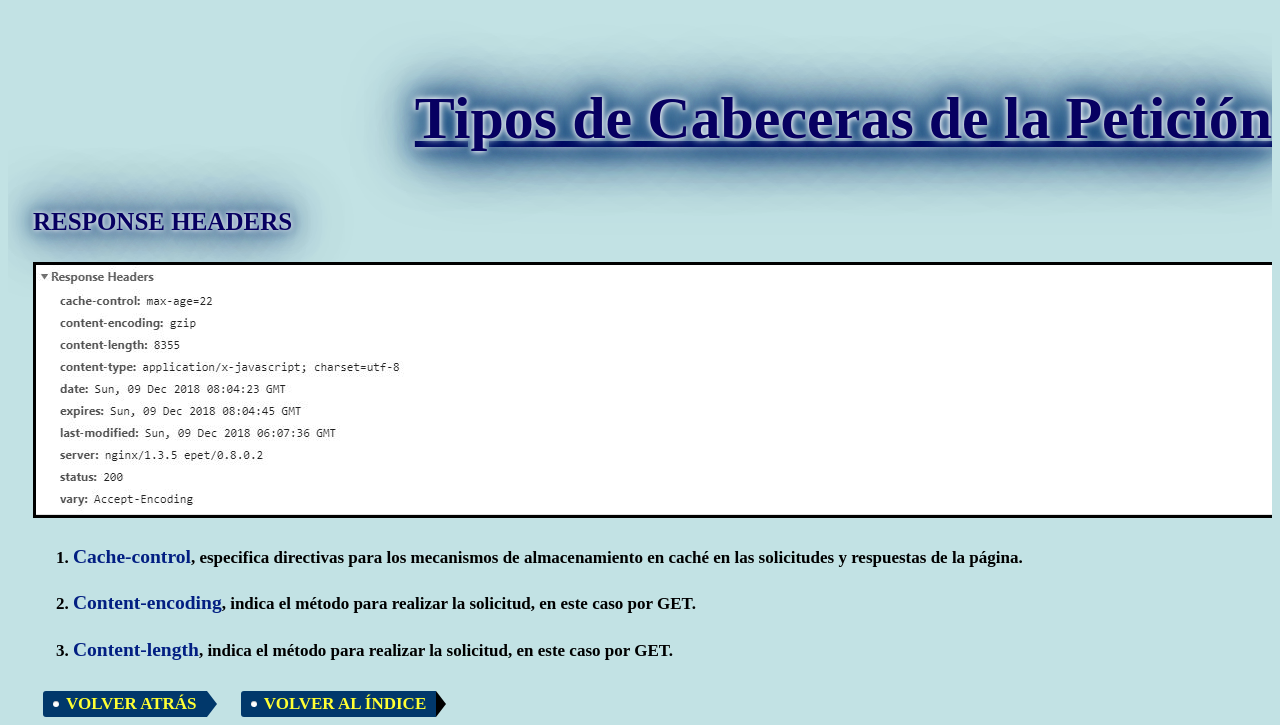
Repository: VictorinoBF97/HerramientasDesarollo
Page: responseHeaders.html
These files come from the project's save history. The page is drawn as it stood at one moment and after a run of saves; the edit follows.
The browser window is 1280 px wide. The pictures show the whole page.

Above is the page before, as saved 2018-12-09 09:45:01.
Not found: main.js

### responseHeaders.html
<!DOCTYPE html>
<html>
<head>
    <meta charset="utf-8" />
    <meta http-equiv="X-UA-Compatible" content="IE=edge">
    <title>RESPONSE HEADERS</title>
    <meta name="viewport" content="width=device-width, initial-scale=1">
    <link rel="stylesheet" type="text/css" media="screen" href="./css/styles.css" />
    <script src="main.js"></script>
    <link href="./iconoPestaña/images/iconoPestaña.png" rel="shortcut icon" type="image/x-icon" />
</head>
    <body>
            <h1><u>Tipos de Cabeceras de la Petición</u></h1>
            <div>
            <h2>RESPONSE HEADERS</h2>
            </div>

            <div>
                <img src="./images/responseHeader.JPG" border="3"/>
            </div>

            <div>
                <ol>
                <li>
                    <p><strong>Cache-control</strong>, especifica directivas para los mecanismos de almacenamiento en caché en las solicitudes y respuestas de la página.</p>
                </li>
                <li>
                    <p><strong>Content-encoding</strong>, indica el método para realizar la solicitud, en este caso por GET.</p>
                </li>
                <li>
                    <p><strong>Content-length</strong>, indica el método para realizar la solicitud, en este caso por GET.</p>
                </li>
                </ol>
            </div>


            <a  href="headers.html" target="_self">VOLVER ATRÁS</a>&nbsp;<a href="indice.html" target="_self" class="volver">VOLVER AL ÍNDICE</a>
    </body>

    </html>

### css/styles.css
@charset "UTF-8";

/* CUERPO DE LA PÁGINA HTML */
html {
  background-color: #c2e2e4;
  overflow: auto;
  overflow-x: scroll; }

/* TÍTULO PRINCIPAL DEL ÍNDICE */
.titulo {
  text-shadow: 0px 0px 5px #989993;
  border: 15px ridge #1E90FF;
  width: 75%;
  text-align:right;}

/* TÍTULOS */
h1 {
  font-size: 60px;
  font-family: 'Futura';
  color: #070061;
  text-shadow: 0 0 5px #fff, 0 0 10px #fff, 0 0 20px #033a75, 0 0 30px #033a75, 0 0 40px #033a75, 0 0 55px #033a75, 0 0 75px #033a75;
  text-align: right; }

h2, h3, h4 {
  font-size: 25px;
  font-family: 'Futura';
  color: #070061;
  text-shadow: 0 0 5px #fff, 0 0 10px #fff, 0 0 20px #033a75, 0 0 30px #033a75, 0 0 10px #033a75, 0 0 55px #033a75, 0 0 75px #033a75; }

/* CUERPO DE LA PÁGINA */
body {
  font: 17px/1.5 'PT Sans', serif;
  font-weight: bold;
  overflow: hidden;
  padding-left: 25px;
  padding-top: 25px; }

/* ÍNDICE */
.indice {
  font-size: 125%; }

strong {
  font-size:115%;
  color: #021F82;
}

/* ENLACES Y REDIRECCIONAMIENTO */
a {
  background: rgb(1, 56, 107);
  border-radius: 3px 0 0 3px;
  color: #ffff33;
  display: inline-block;
  height: 26px;
  line-height: 26px;
  padding: 0 20px 0 23px;
  position: relative;
  margin: 10px 10px 0;
  text-decoration: none;
  -webkit-transition: color 0.2s; }

a::before {
  background: #fff;
  border-radius: 10px;
  box-shadow: inset 0 1px rgba(0, 0, 0, 0.25);
  content: '';
  height: 6px;
  left: 10px;
  position: absolute;
  width: 6px;
  top: 10px; }

a::after {
  background: #c2e2e4;
  border-bottom: 13px solid transparent;
  border-left: 10px solid rgb(1, 56, 107);
  border-top: 13px solid transparent;
  content: '';
  position: absolute;
  right: 0;
  top: 0; }

a:hover {
  background-color: rgb(220,20,60);
  color: #ffffff; }

a:hover::after {
  border-left-color: rgb(220,20,60); }

/* VOLVER AL ├ìNDICE */
.volver::after {
  background: #c2e2e4;
  border-bottom: 13px solid transparent;
  border-left: 10px solid black;
  border-top: 13px solid transparent;
  content: '';
  position: absolute;
  right: 0;
  top: 0; }

.volver:hover {
  background-color: rgb(220,20,60);
  color: #ffffff; }

.volver:hover::after {
  border-right-color: rgb(220,20,60); }

/*# sourceMappingURL=styles.css.map */

After the next 2 saves:
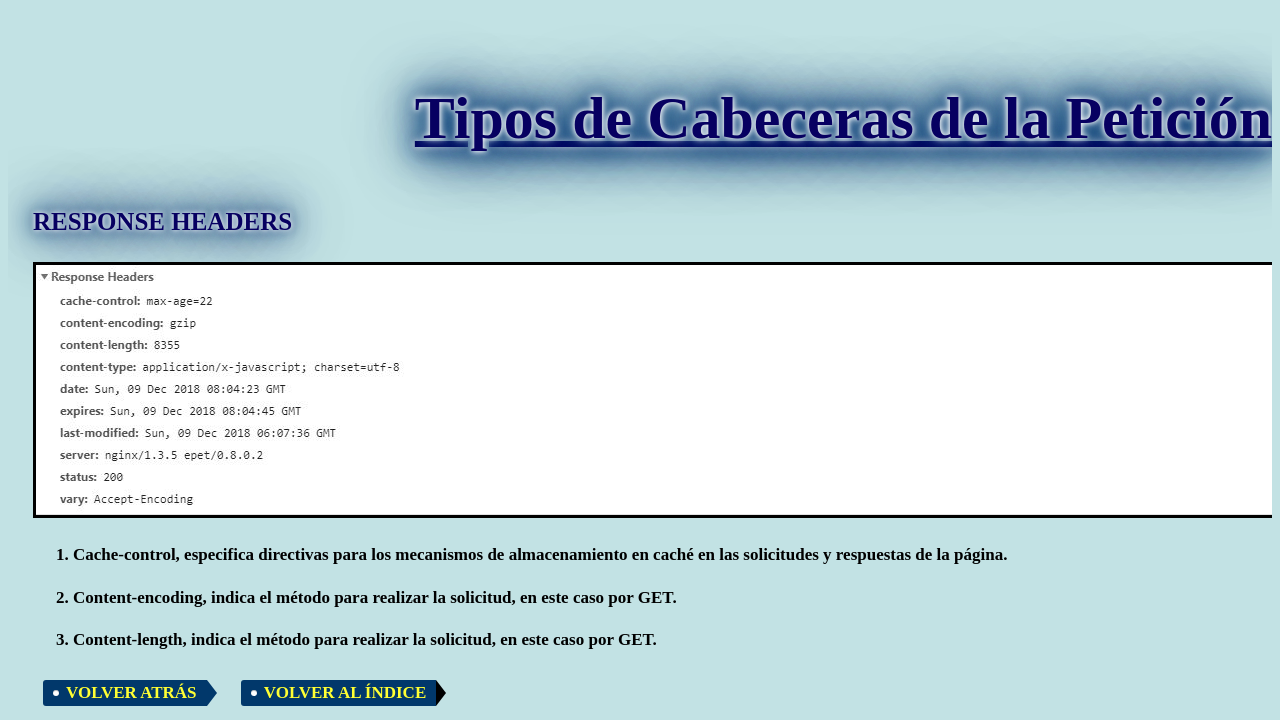
The 2 saves are shown as one change because they came seconds apart.
The last was saved 18 s later.
--- a/css/styles.css
+++ b/css/styles.css
@@ -39,10 +39,6 @@ body {
 .indice {
   font-size: 125%; }
 
-strong {
-  font-size:115%;
-  color: #021F82;
-}
 
 /* ENLACES Y REDIRECCIONAMIENTO */
 a {

After the 4 saves that followed:
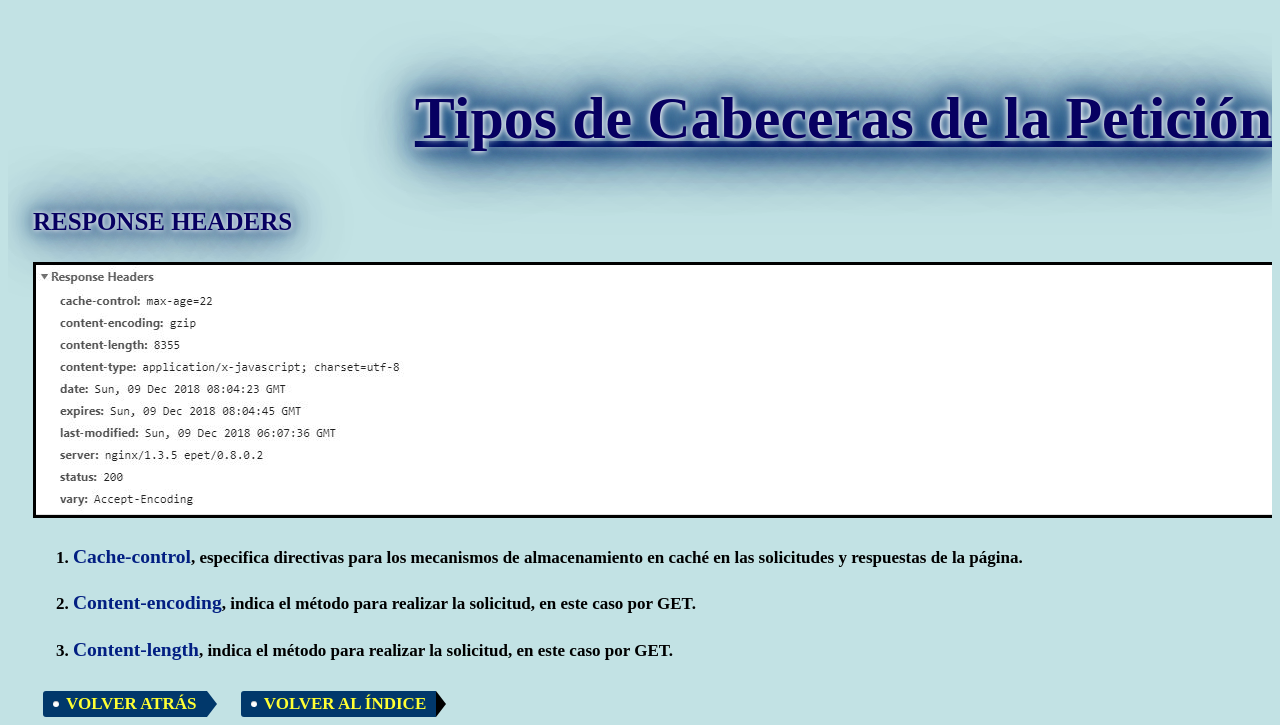
The 4 saves are shown as one change because they came seconds apart.
The last was saved 10 s later.
--- a/css/styles.css
+++ b/css/styles.css
@@ -34,6 +34,11 @@ body {
   overflow: hidden;
   padding-left: 25px;
   padding-top: 25px; }
+
+strong {
+  font-size:115%;
+  color: #021F82;
+  }
 
 /* ÍNDICE */
 .indice {
